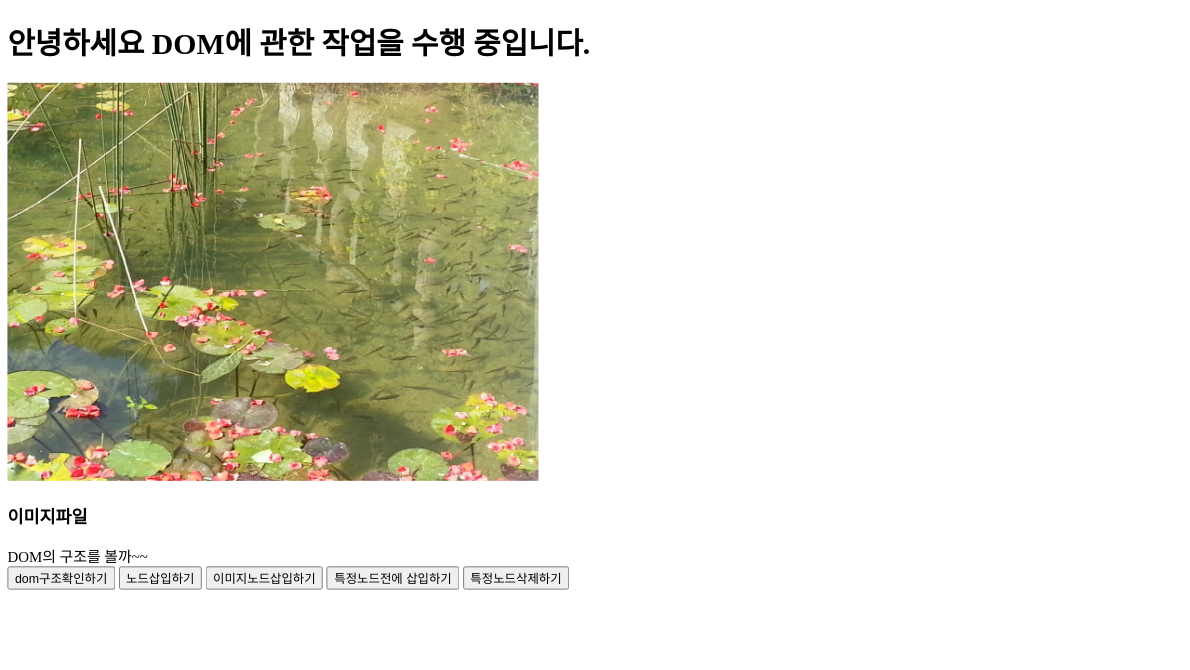
Repository: snowcuphea/webwork_class
Page: clientweb/WebContent/js_dom/js_basic_dom_imageinsert.html
An editor plug-in stored every save of this project. The page is shown before and after the next save, followed by the edit.
The browser window is 1280 px wide. The pictures show the whole page, at 93% of full size.
After loading, the first visible `#imginsert` was clicked once.

Above is the page before, as saved 2020-01-10 02:09:48.

After the next save:
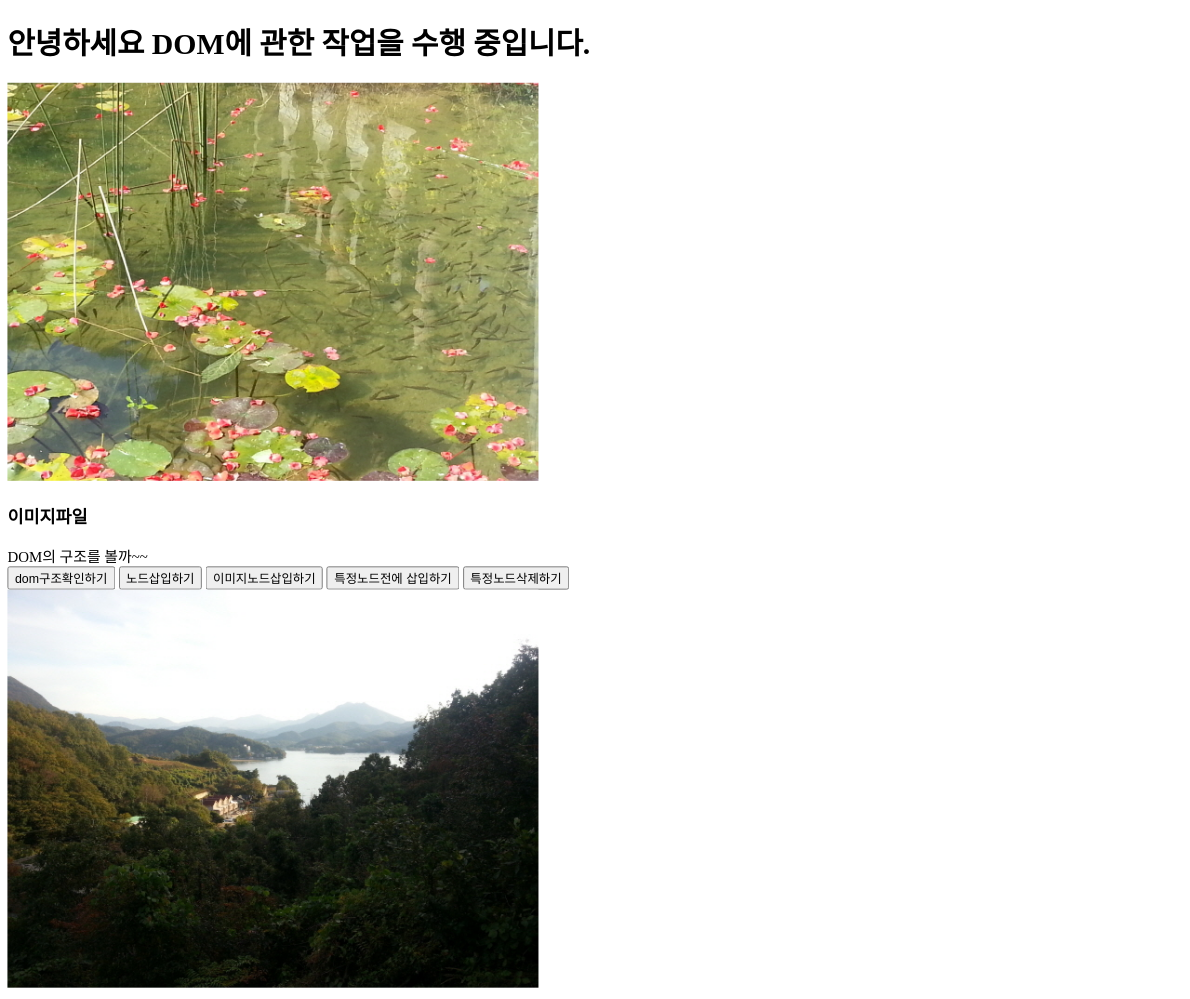
Saved 104 s later.
--- a/clientweb/WebContent/js_dom/js_basic_dom_imageinsert.html
+++ b/clientweb/WebContent/js_dom/js_basic_dom_imageinsert.html
@@ -7,8 +7,16 @@
 <script type="text/javascript">
 	window.onload = function(){
 		document.getElementById("imginsert").onclick = function(){
+			//img노드를 작성 - 태그노드(createElement메소드를 이용)
+			// 1. 삽입될 노드 생성
 			mynewNode = document.createElement("img");
 			mynewNode.setAttribute("src", "../images/m_garden02.jpg");
+
+			// 2. targetNode구하기
+			target = document.getElementById("domtestbtn");
+
+			// 3. 추가하기
+			target.appendChild(mynewNode);
 		}
 
 	}
